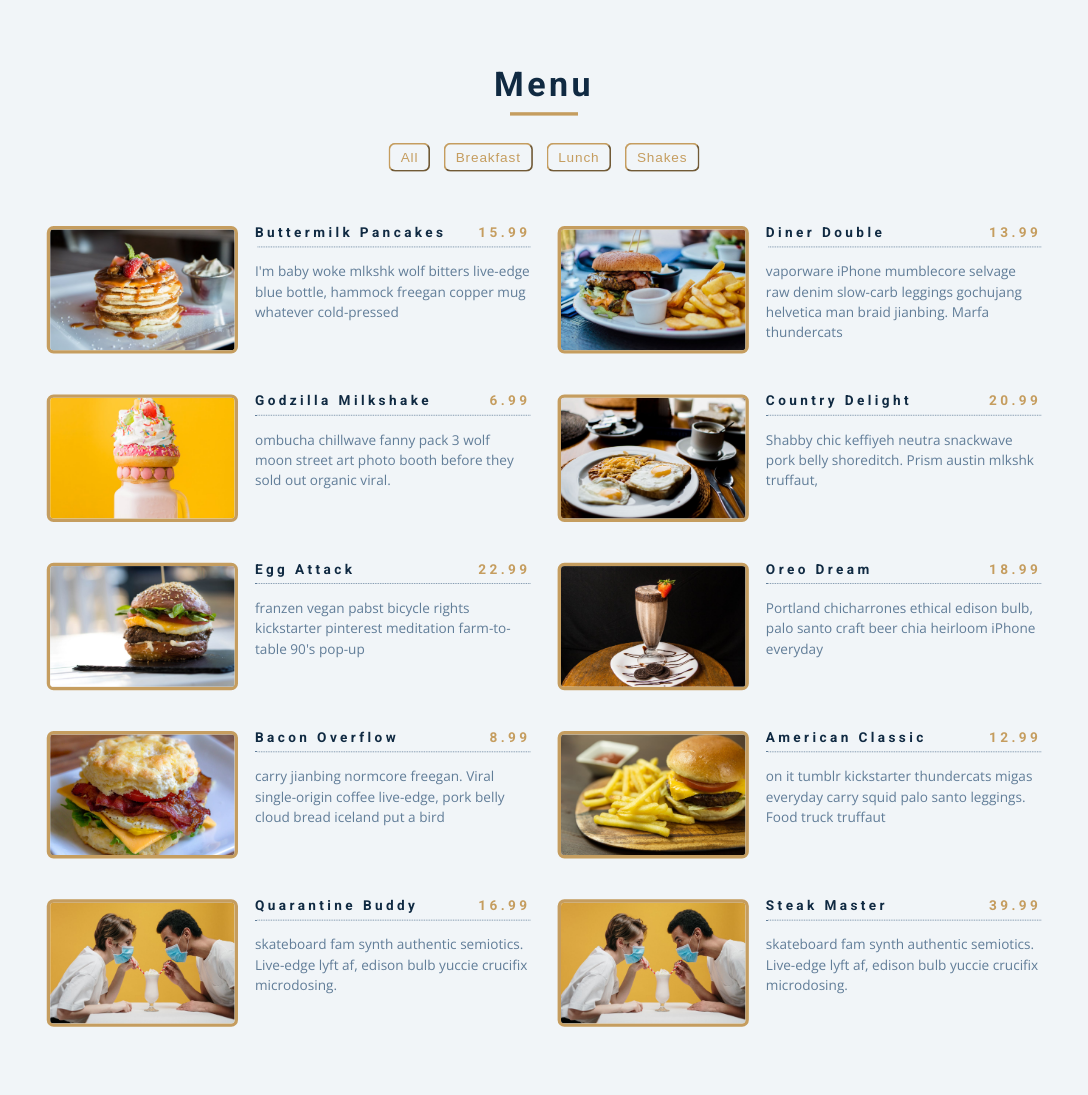
Repository: spidero7/Menu
Page: index.html
These files come from the project's save history. The page is drawn as it stood at one moment and after the next save; the edit follows.
The browser window is 1280 px wide. The pictures show the whole page, at 85% of full size.
Some web libraries are served in a nearby version.

Above is the page before, as saved 2021-10-02 08:34:14.

### index.html
<!DOCTYPE html>
<html lang="en">
<head>
    <meta charset="UTF-8">
    <meta http-equiv="X-UA-Compatible" content="IE=edge">
    <meta name="viewport" content="width=device-width, initial-scale=1.0">
    <title>Menu</title>
    <link rel="stylesheet" href="style.css">
    <link
      rel="stylesheet"
      href="https://cdnjs.cloudflare.com/ajax/libs/font-awesome/5.14.0/css/all.min.css"
    />
</head>
<body>
    <section class="menu">
        <div class="title">
            <h2>Menu</h2>
            <div class="underline"></div>
        </div>
        <div class="btn-container">
            <button class="filter-btn" type="button" data-id="all">all</button>
            <button class="filter-btn" type="button" data-id="breakfast">breakfast</button>
            <button class="filter-btn" type="button" data-id="lunch">lunch</button>
            <button class="filter-btn" type="button" data-id="shakes">shakes</button>
        </div>
        <div class="section-center">
            <article class="menu-item">
                <img src="menu-item.jpeg" class="photo" alt="menu-item">
                <div class="item-info">
                    <header>
                        <h4>Buttermilk pancakes</h4>
                        <h4 class="price">$15</h4>
                    </header>
                    <p class="item-text">Lorem ipsum dolor sit amet consectetur adipisicing elit. Nisi dolorum quasi tempore rerum voluptatem harum ad quisquam provident, ducimus officiis asperiores. Aut, aliquid veniam tempora tempore quisquam atque. Saepe, suscipit!</p>
                </div>
            </article>
        </div>
    </section>
    <script src="app.js"></script>
</body>
</html>

### style.css
/*
===============
Fonts
===============
*/
@import url("https://fonts.googleapis.com/css?family=Open+Sans|Roboto:400,700&display=swap");

/*
===============
Variables
===============
*/

:root {
  /* dark shades of primary color*/
  --clr-primary-1: hsl(205, 86%, 17%);
  --clr-primary-2: hsl(205, 77%, 27%);
  --clr-primary-3: hsl(205, 72%, 37%);
  --clr-primary-4: hsl(205, 63%, 48%);
  /* primary/main color */
  --clr-primary-5: #49a6e9;
  /* lighter shades of primary color */
  --clr-primary-6: hsl(205, 89%, 70%);
  --clr-primary-7: hsl(205, 90%, 76%);
  --clr-primary-8: hsl(205, 86%, 81%);
  --clr-primary-9: hsl(205, 90%, 88%);
  --clr-primary-10: hsl(205, 100%, 96%);
  /* darkest grey - used for headings */
  --clr-grey-1: hsl(209, 61%, 16%);
  --clr-grey-2: hsl(211, 39%, 23%);
  --clr-grey-3: hsl(209, 34%, 30%);
  --clr-grey-4: hsl(209, 28%, 39%);
  /* grey used for paragraphs */
  --clr-grey-5: hsl(210, 22%, 49%);
  --clr-grey-6: hsl(209, 23%, 60%);
  --clr-grey-7: hsl(211, 27%, 70%);
  --clr-grey-8: hsl(210, 31%, 80%);
  --clr-grey-9: hsl(212, 33%, 89%);
  --clr-grey-10: hsl(210, 36%, 96%);
  --clr-white: #fff;
  --clr-red-dark: hsl(360, 67%, 44%);
  --clr-red-light: hsl(360, 71%, 66%);
  --clr-green-dark: hsl(125, 67%, 44%);
  --clr-green-light: hsl(125, 71%, 66%);
  --clr-gold: #c59d5f;
  --clr-black: #222;
  --ff-primary: "Roboto", sans-serif;
  --ff-secondary: "Open Sans", sans-serif;
  --transition: all 0.3s linear;
  --spacing: 0.25rem;
  --radius: 0.5rem;
  --light-shadow: 0 5px 15px rgba(0, 0, 0, 0.1);
  --dark-shadow: 0 5px 15px rgba(0, 0, 0, 0.2);
  --max-width: 1170px;
  --fixed-width: 620px;
}
/*
===============
Global Styles
===============
*/

*,
::after,
::before {
  margin: 0;
  padding: 0;
  box-sizing: border-box;
}
body {
  font-family: var(--ff-secondary);
  background: var(--clr-grey-10);
  color: var(--clr-grey-1);
  line-height: 1.5;
  font-size: 0.875rem;
}
ul {
  list-style-type: none;
}
a {
  text-decoration: none;
}
img:not(.logo) {
  width: 100%;
}
img {
  display: block;
}

h1,
h2,
h3,
h4 {
  letter-spacing: var(--spacing);
  text-transform: capitalize;
  line-height: 1.25;
  margin-bottom: 0.75rem;
  font-family: var(--ff-primary);
}
h1 {
  font-size: 3rem;
}
h2 {
  font-size: 2rem;
}
h3 {
  font-size: 1.25rem;
}
h4 {
  font-size: 0.875rem;
}
p {
  margin-bottom: 1.25rem;
  color: var(--clr-grey-5);
}
@media screen and (min-width: 800px) {
  h1 {
    font-size: 4rem;
  }
  h2 {
    font-size: 2.5rem;
  }
  h3 {
    font-size: 1.75rem;
  }
  h4 {
    font-size: 1rem;
  }
  body {
    font-size: 1rem;
  }
  h1,
  h2,
  h3,
  h4 {
    line-height: 1;
  }
}
/*  global classes */

.btn {
  text-transform: uppercase;
  background: transparent;
  color: var(--clr-black);
  padding: 0.375rem 0.75rem;
  letter-spacing: var(--spacing);
  display: inline-block;
  transition: var(--transition);
  font-size: 0.875rem;
  border: 2px solid var(--clr-black);
  cursor: pointer;
  box-shadow: 0 1px 3px rgba(0, 0, 0, 0.2);
  border-radius: var(--radius);
}
.btn:hover {
  color: var(--clr-white);
  background: var(--clr-black);
}
/* section */
.section {
  padding: 5rem 0;
}

main {
  min-height: 100vh;
  display: grid;
  place-items: center;
}
/*
===============
Menu
===============
*/

.menu {
  padding: 5rem 0;
}
.title {
  text-align: center;
  margin-bottom: 2rem;
}
.underline {
  width: 5rem;
  height: 0.25rem;
  background: var(--clr-gold);
  margin-left: auto;
  margin-right: auto;
}
.btn-container {
  margin-bottom: 4rem;
  display: flex;
  justify-content: center;
}
.filter-btn {
  background: transparent;
  border-color: var(--clr-gold);
  font-size: 1rem;
  text-transform: capitalize;
  margin: 0 0.5rem;
  letter-spacing: 1px;
  border-radius: var(--radius);
  padding: 0.375rem 0.75rem;
  color: var(--clr-gold);
  cursor: pointer;
  transition: var(--transition);
}
.filter-btn:hover {
  background: var(--clr-gold);
  color: var(--clr-white);
}
.section-center {
  width: 90vw;
  margin: 0 auto;
  max-width: 1170px;
  display: grid;
  gap: 3rem 2rem;
  justify-items: center;
}
.menu-item {
  display: grid;
  gap: 1rem 2rem;
  max-width: 25rem;
}
.photo {
  object-fit: cover;
  height: 200px;
  border: 0.25rem solid var(--clr-gold);
  border-radius: var(--radius);
}
.item-info header {
  display: flex;
  justify-content: space-between;
  border-bottom: 0.5px dotted var(--clr-grey-5);
}
.item-info h4 {
  margin-bottom: 0.5rem;
}
.price {
  color: var(--clr-gold);
}
.item-text {
  margin-bottom: 0;
  padding-top: 1rem;
}

@media screen and (min-width: 768px) {
  .menu-item {
    grid-template-columns: 225px 1fr;
    gap: 0 1.25rem;
    max-width: 40rem;
  }
  .photo {
    height: 175px;
  }
}
@media screen and (min-width: 1200px) {
  .section-center {
    width: 95vw;
    grid-template-columns: 1fr 1fr;
  }
  .photo {
    height: 150px;
  }
}

### app.js
// items
const menu = [
  {
    id: 1,
    title: "buttermilk pancakes",
    category: "breakfast",
    price: 15.99,
    img: "./images/item-1.jpeg",
    desc: `I'm baby woke mlkshk wolf bitters live-edge blue bottle, hammock freegan copper mug whatever cold-pressed `,
  },
  {
    id: 2,
    title: "diner double",
    category: "lunch",
    price: 13.99,
    img: "./images/item-2.jpeg",
    desc: `vaporware iPhone mumblecore selvage raw denim slow-carb leggings gochujang helvetica man braid jianbing. Marfa thundercats `,
  },
  {
    id: 3,
    title: "godzilla milkshake",
    category: "shakes",
    price: 6.99,
    img: "./images/item-3.jpeg",
    desc: `ombucha chillwave fanny pack 3 wolf moon street art photo booth before they sold out organic viral.`,
  },
  {
    id: 4,
    title: "country delight",
    category: "breakfast",
    price: 20.99,
    img: "./images/item-4.jpeg",
    desc: `Shabby chic keffiyeh neutra snackwave pork belly shoreditch. Prism austin mlkshk truffaut, `,
  },
  {
    id: 5,
    title: "egg attack",
    category: "lunch",
    price: 22.99,
    img: "./images/item-5.jpeg",
    desc: `franzen vegan pabst bicycle rights kickstarter pinterest meditation farm-to-table 90's pop-up `,
  },
  {
    id: 6,
    title: "oreo dream",
    category: "shakes",
    price: 18.99,
    img: "./images/item-6.jpeg",
    desc: `Portland chicharrones ethical edison bulb, palo santo craft beer chia heirloom iPhone everyday`,
  },
  {
    id: 7,
    title: "bacon overflow",
    category: "breakfast",
    price: 8.99,
    img: "./images/item-7.jpeg",
    desc: `carry jianbing normcore freegan. Viral single-origin coffee live-edge, pork belly cloud bread iceland put a bird `,
  },
  {
    id: 8,
    title: "american classic",
    category: "lunch",
    price: 12.99,
    img: "./images/item-8.jpeg",
    desc: `on it tumblr kickstarter thundercats migas everyday carry squid palo santo leggings. Food truck truffaut  `,
  },
  {
    id: 9,
    title: "quarantine buddy",
    category: "shakes",
    price: 16.99,
    img: "./images/item-9.jpeg",
    desc: `skateboard fam synth authentic semiotics. Live-edge lyft af, edison bulb yuccie crucifix microdosing.`,
  },
  {
    id: 10,
    title: "steak master",
    category: "dinner",
    price: 39.99,
    img: "./images/item-9.jpeg",
    desc: `skateboard fam synth authentic semiotics. Live-edge lyft af, edison bulb yuccie crucifix microdosing.`,
  },
];

const sectionCenter = document.querySelector('.section-center');
const filterButtons = document.querySelectorAll('.filter-btn');

// load items
window.addEventListener("DOMContentLoaded", function () {
 displayMenuItems(menu);
});

// filter items
filterButtons.forEach(button => {
  button.addEventListener('click', function(e) {
    const category = e.currentTarget.dataset.id;
    const menuCategory = menu.filter(menuItem => {
      //console.log(menuItem.category)
      if (menuItem.category === category) {
        return menuItem;
      }
    });
    //console.log(menuCategory);
    if (category === 'all') {
      displayMenuItems(menu)
    } else {
      displayMenuItems(menuCategory)
    }
  });
})

function displayMenuItems(menuItems) {
  let displayMenu = menuItems.map(function (item) {
    return `<article class="menu-item">
    <img src=${item.img} class="photo" alt=${item.title}>
    <div class="item-info">
        <header>
            <h4>${item.title}</h4>
            <h4 class="price">${item.price}</h4>
        </header>
        <p class="item-text">${item.desc}</p>
    </div>
</article>`;
  });
  displayMenu = displayMenu.join("");
  sectionCenter.innerHTML = displayMenu
}

After the next save:
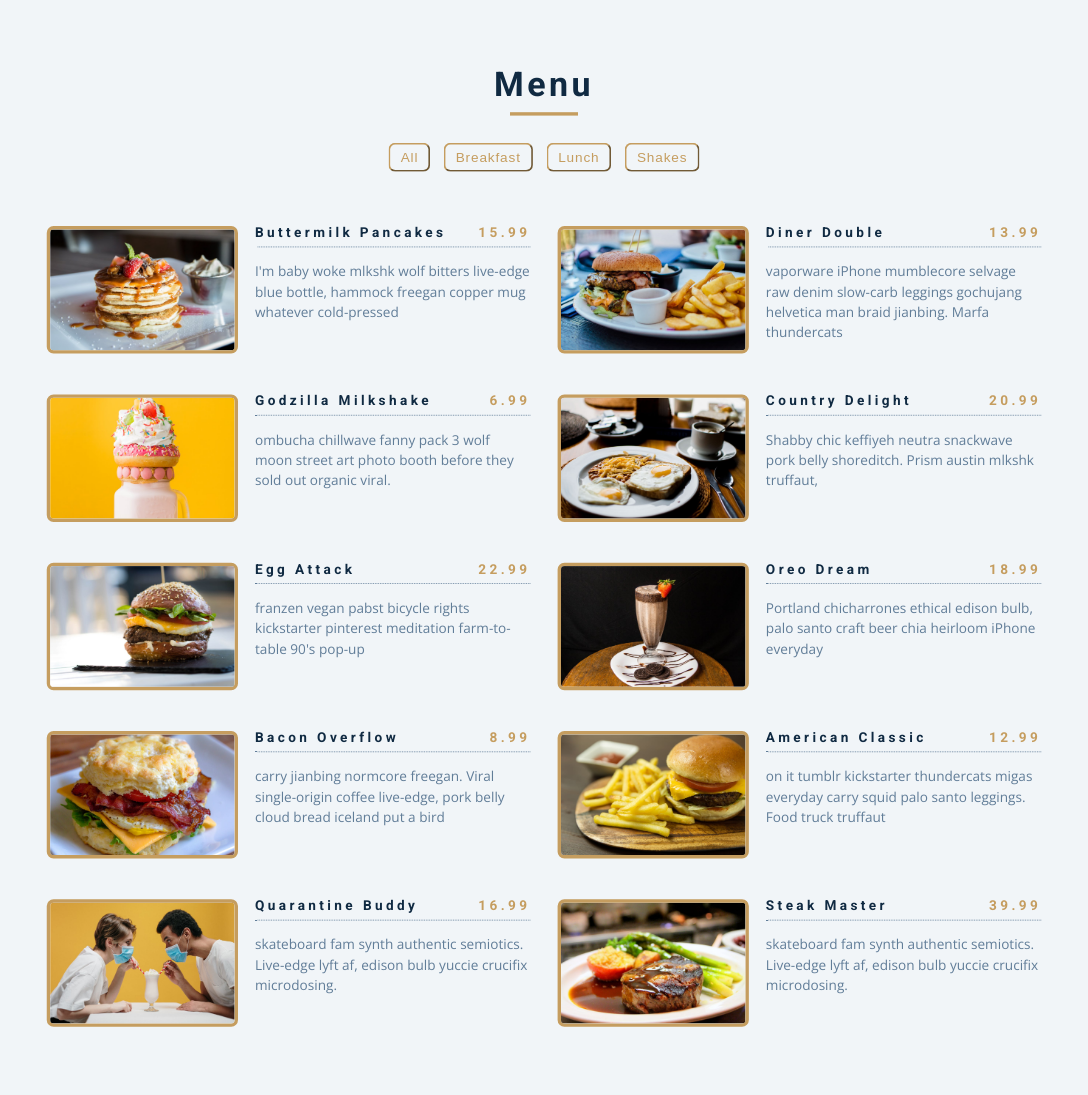
Saved 5 s later.
--- a/app.js
+++ b/app.js
@@ -77,7 +77,7 @@ const menu = [
     title: "steak master",
     category: "dinner",
     price: 39.99,
-    img: "./images/item-9.jpeg",
+    img: "./images/item-10.jpeg",
     desc: `skateboard fam synth authentic semiotics. Live-edge lyft af, edison bulb yuccie crucifix microdosing.`,
   },
 ];
